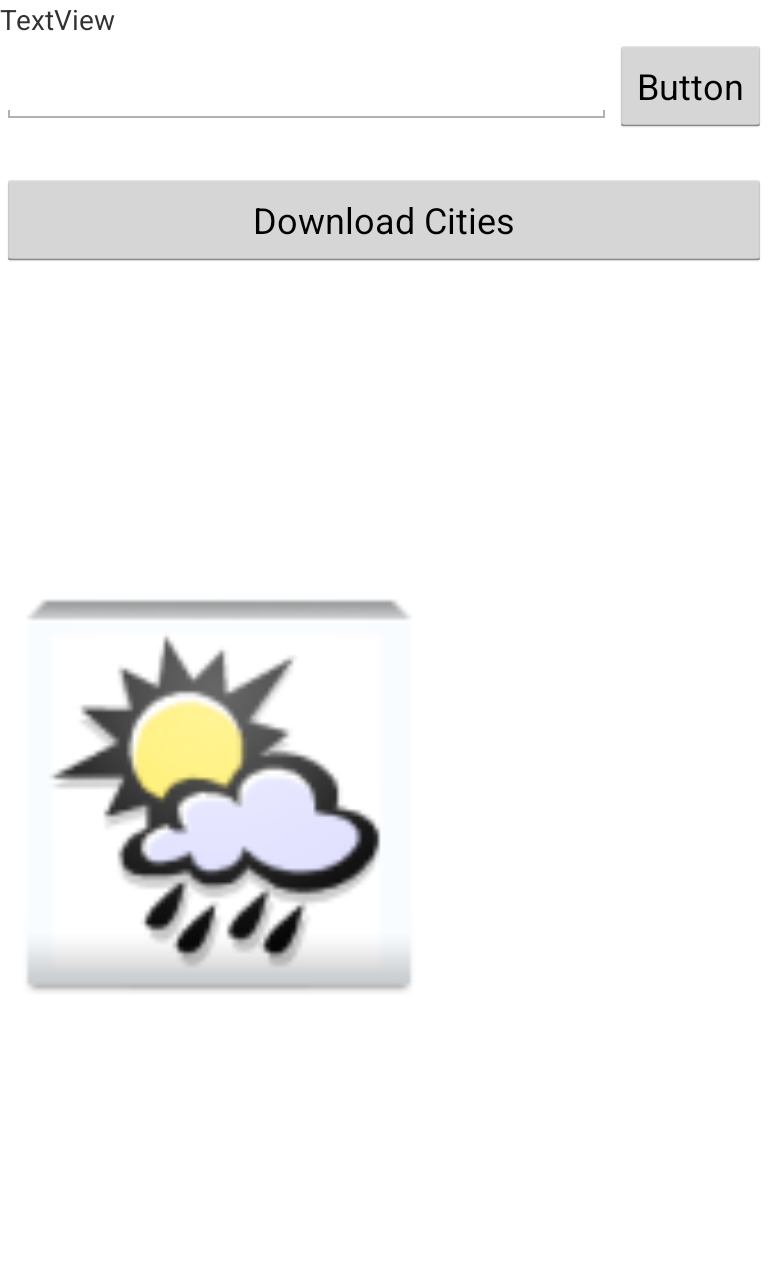
Repository: vinny1575/Java1
Layout: TempCalc20/res/layout/form.xml
The author's editor kept a copy of each file at every save. The layout is drawn from the files as they stood at one save, then again after the next save.
It is drawn on a 768 x 1280 px phone screen (xhdpi) without system bars, with theme AppTheme; the app's code is not run.

Above is the layout before, as saved 2013-05-02 12:03:39.

### TempCalc20/res/layout/form.xml
<?xml version="1.0" encoding="utf-8"?>
<LinearLayout xmlns:android="http://schemas.android.com/apk/res/android"
    android:layout_width="match_parent"
    android:layout_height="match_parent"
    android:orientation="vertical" >

    <TextView
        android:id="@+id/textView2"
        android:layout_width="wrap_content"
        android:layout_height="wrap_content"
        android:text="TextView" />

    <LinearLayout
        android:layout_width="match_parent"
        android:layout_height="wrap_content" >

        <EditText
            android:id="@+id/editText1"
            android:layout_width="236dp"
            android:layout_height="wrap_content"
            android:layout_weight="1"
            android:ems="10" />

        <Button
            android:id="@+id/button1"
            android:layout_width="wrap_content"
            android:layout_height="wrap_content"
            android:text="Button" />
    </LinearLayout>

    <TextView
        android:id="@+id/textView1"
        android:layout_width="193dp"
        android:layout_height="wrap_content"
        android:text="" />

    <Button
        android:id="@+id/button2"
        android:layout_width="match_parent"
        android:layout_height="wrap_content"
        android:text="Download Cities" />

    <TextView
        android:id="@+id/textView3"
        android:layout_width="wrap_content"
        android:layout_height="wrap_content"
        android:text="" />

    <ImageView
        android:id="@+id/imageView1"
        android:layout_width="219dp"
        android:layout_height="wrap_content"
        android:layout_weight="0.65"
        android:src="@drawable/weather" />

</LinearLayout>

Loaded but not shown: TempCalc20/res/values/styles.xml (common file); TempCalc20/res/values-v11/styles.xml (common file); TempCalc20/res/values-v14/styles.xml (common file)

After the next save:
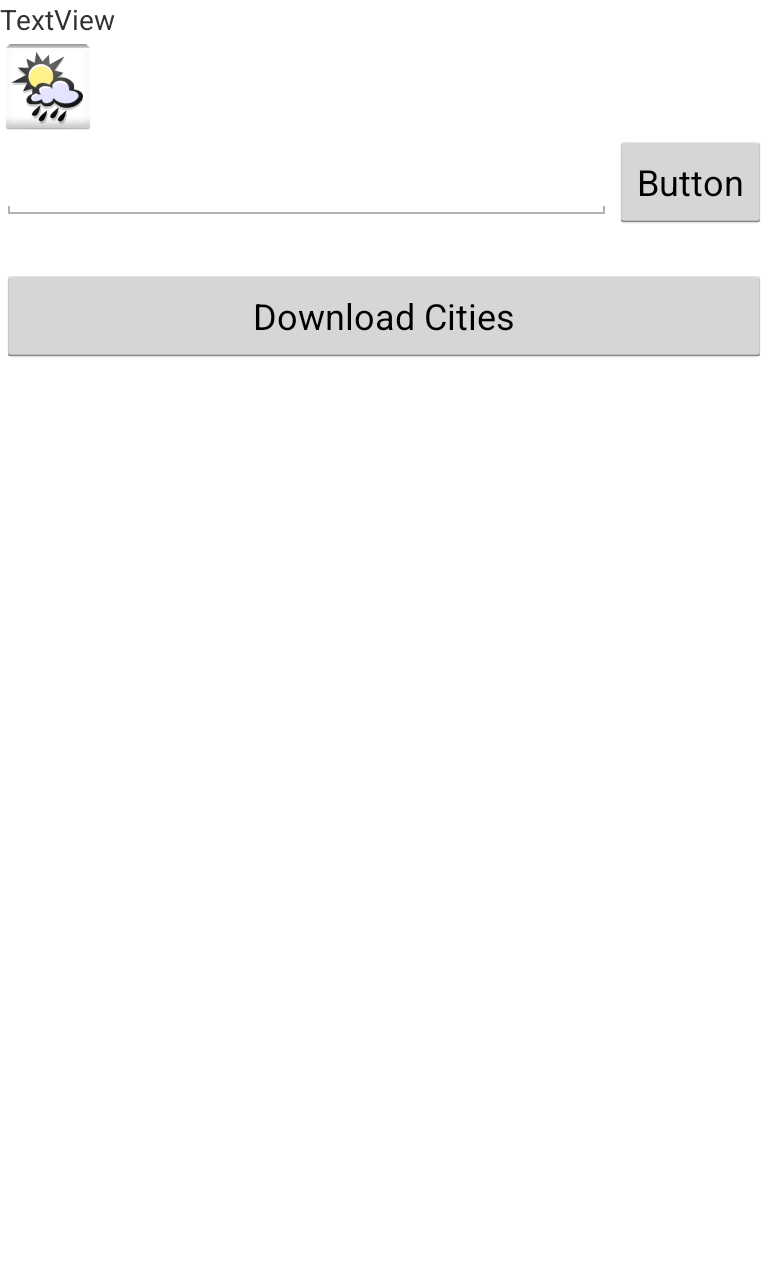
Saved 4 min 12 s later.
--- a/TempCalc20/res/layout/form.xml
+++ b/TempCalc20/res/layout/form.xml
@@ -9,6 +9,12 @@
         android:layout_width="wrap_content"
         android:layout_height="wrap_content"
         android:text="TextView" />
+
+    <ImageView
+        android:id="@+id/imageView1"
+        android:layout_width="wrap_content"
+        android:layout_height="wrap_content"
+        android:src="@drawable/weather" />
 
     <LinearLayout
         android:layout_width="match_parent"
@@ -46,11 +52,4 @@
         android:layout_height="wrap_content"
         android:text="" />
 
-    <ImageView
-        android:id="@+id/imageView1"
-        android:layout_width="219dp"
-        android:layout_height="wrap_content"
-        android:layout_weight="0.65"
-        android:src="@drawable/weather" />
-
 </LinearLayout>
